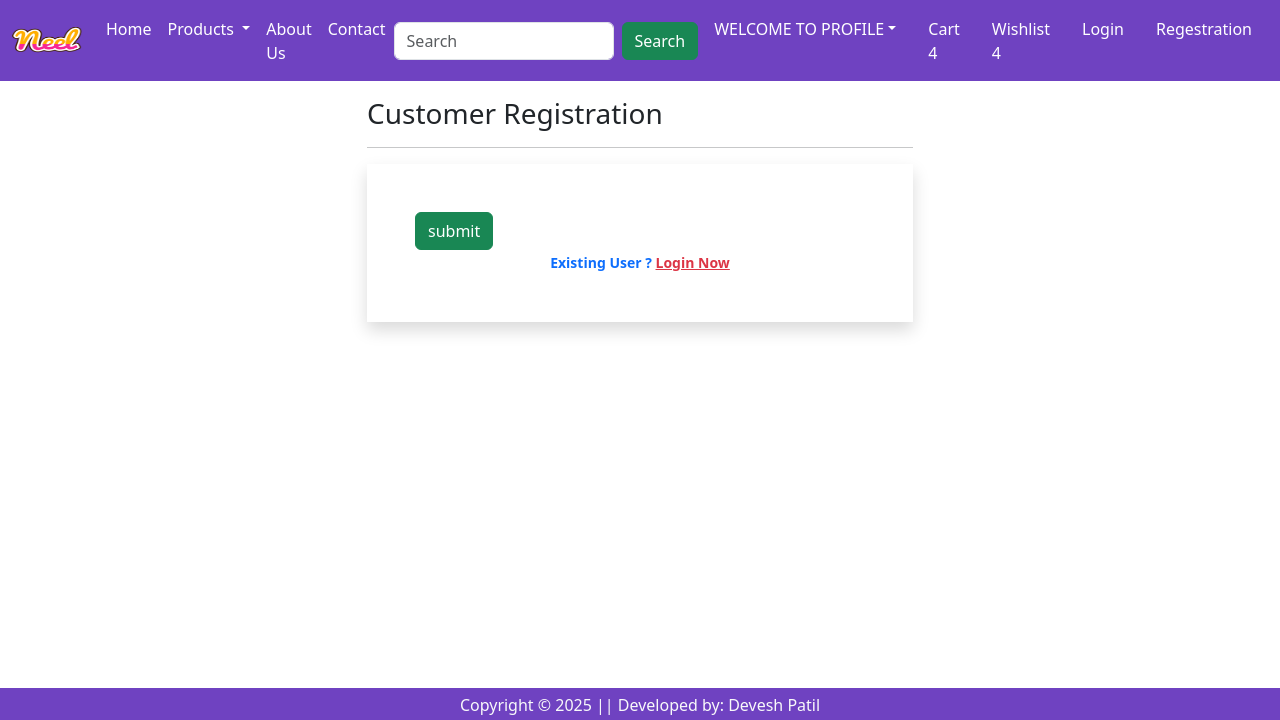
Repository: DeveshPatill/mydjango
Page: ec/app/templates/app/customerregistration.html
The author's editor kept a copy of each file at every save. The page is drawn from the files as they stood at one save, then again after the next save.
The browser window is 1280 px wide. The pictures show the whole page.
The page is served by the project's application, run on Django 5.2 (ec/manage.py). Other server files are loaded and not shown. The template is opened directly, without the code that normally fills it, so the values that code supplies are empty.

Above is the page before, as saved 2025-03-23 23:07:25.

### ec/app/templates/app/customerregistration.html
{% extends 'app/base.html' %}
{% load static %}
{% block title %}Customer Registration{% endblock title %}



{% block main-content %}
<div class="container">
    <div class="row my-3">
        <div class="col-sm-6 offset-sm-3">
            <h3>Customer Registration</h3>
            <hr>
            <form action="" method="post" novalidate class="shadow p-5">{% csrf_token %}
               {% for fm in form %}
               {{fm.label_tag}} {{fm}} <small class="text-danger">{{fm.erros | striptags}}</small>
               <br>
               {% endfor %}
               <input type="submit" value="submit" class="btn btn-success"><br>
               <div class="text-center text-primary fw-bold">
                <small>Existing User ? <a href="#" class="text-danger">Login Now</a></small>

               </div>
            </form>
        </div>
    </div>
</div>

{% endblock main-content %}

### ec/app/templates/app/base.html
<!DOCTYPE html>
{% load static %}
<html lang="en">
<head>
    <meta charset="UTF-8">
    <meta http-equiv="X-UA-Compatible" content="IE=edge">
    <meta name="viewport" content="width=device-width, initial-scale=1.0">

    <link href="https://cdn.jsdelivr.net/npm/bootstrap@5.3.3/dist/css/bootstrap.min.css" rel="stylesheet" integrity="sha384-QWTKZyjpPEjISv5WaRU9OFeRpok6YctnYmDr5pNlyT2bRjXh0JMhjY6hW+ALEwIH" crossorigin="anonymous">

    <link rel="stylesheet" href="{% static 'app/css/owl.carousel.min.css' %}" />
    <link rel="stylesheet" href="{% static 'app/css/all.min.css' %}" />
    <link rel="stylesheet" href="{% static 'app/css/style.css' %}" />

    <title> Dairy Products | {% block title %} {% endblock title %} </title>
</head>
<body>
    <nav class="navbar navbar-expand-lg navbar-dark" style="background-color: #6f42c1;">
        <div class="container-fluid">
          <a class="navbar-brand" href="/">
            <img src="{% static 'app/images/product/Neel.png' %}" width="70px" height="55px" />
          </a>
          <button class="navbar-toggler" type="button" data-bs-toggle="collapse" data-bs-target="#navbarSupportedContent" aria-controls="navbarSupportedContent" aria-expanded="false" aria-label="Toggle navigation">
            <span class="navbar-toggler-icon"></span>
          </button>
          <div class="collapse navbar-collapse" id="navbarSupportedContent">
            <ul class="navbar-nav me-auto mb-2 mb-lg-0">
              <li class="nav-item">
                <a class="nav-link active" aria-current="page" href="/">Home</a>
              </li>
              <li class="nav-item dropdown">
                <a class="nav-link dropdown-toggle text-white" href="#" role="button" data-bs-toggle="dropdown" aria-expanded="false">
                  Products
                </a>
                <ul class="dropdown-menu">
                  <li><a class="dropdown-item" href="{% url 'category' 'ML' %}">Milk</a></li>
                  <li><a class="dropdown-item" href="{% url 'category' 'CR' %}">Curd</a></li>
                  <li><a class="dropdown-item" href="{% url 'category' 'MS' %}">MilkShake</a></li>
                  <li><a class="dropdown-item" href="{% url 'category' 'LS' %}">Lassi</a></li>
                  <li><a class="dropdown-item" href="{% url 'category' 'GH' %}">Ghee</a></li>
                  <li><a class="dropdown-item" href="{% url 'category' 'PN' %}">Paneer</a></li>
                  <li><a class="dropdown-item" href="{% url 'category' 'CZ' %}">Cheese</a></li>
                  <li><a class="dropdown-item" href="{% url 'category' 'IC' %}">Ice-Cream</a></li>

                </ul>
              </li>
              <li class="nav-item">
                <a class="nav-link text-white" href="{% url 'about'  %}">About Us</a>
              </li>
              <li class="nav-item">
                <a class="nav-link text-white" href="{% url 'contact'  %}">Contact</a>
              </li>

            </ul>
            <form class="d-flex" role="search">
              <input class="form-control me-2" type="search" placeholder="Search" aria-label="Search">
              <button class="btn btn-success" type="submit">Search</button>
            </form>
          </div>
          <ul class="navbar-nav me-auto mb-2 mb-lg-0">
            <li class="nav-item dropdown mx-2">
                <a class="nav-link dropdown-toggle text-white" href="#" id="profileDropdown" role="button" data-bs-toggle="dropdown" aria-expanded="false">WELCOME TO PROFILE</a>
                <ul class="dropdown-menu" aria-labelledby="profileDropdown">
                    <li><a class="dropdown-item" href="#">Profile</a></li>
                    <li><a class="dropdown-item" href="#">Orders</a></li>
                    <li><a class="dropdown-item" href="#">Change Password</a></li>
                    <li><a class="dropdown-item" href="#">Logout</a></li>
                </ul>
            </li>
            <li class="nav-item mx-2">
                <a href="#" class="nav-link text-white">Cart 4</a>
            </li>
            <li class="nav-item mx-2">
                <a href="#" class="nav-link text-white">Wishlist 4</a>
            </li>
            <li class="nav-item mx-2">
                <a href="#" class="nav-link text-white">Login</a>
            </li>
            <li class="nav-item mx-2">
                <a href="{% url 'customerregistration' %}" class="nav-link text-white">Regestration</a>
            </li>

          </ul>
        </div>
      </nav>
      {% block banner-slider %}{% endblock banner-slider %}

      {% block information %}{% endblock information %}

      {% block main-content %}{% endblock main-content %}

    <footer class="text-center text-light py-3 fixed-bottom" style="background-color: #6f42c1; height: 5px; line-height: 2px;">
        Copyright © 2025 || Developed by: Devesh Patil
    </footer>






    <script src="https://cdn.jsdelivr.net/npm/@popperjs/core@2.11.8/dist/umd/popper.min.js" integrity="sha384-I7E8VVD/ismYTF4hNIPjVp/Zjvgyol6VFvRkX/vR+Vc4jQkC+hVqc2pM8ODewa9r" crossorigin="anonymous"></script>
    <script src="https://cdn.jsdelivr.net/npm/bootstrap@5.3.3/dist/js/bootstrap.min.js" integrity="sha384-0pUGZvbkm6XF6gxjEnlmuGrJXVbNuzT9qBBavbLwCsOGabYfZo0T0to5eqruptLy" crossorigin="anonymous"></script>

    <script src=https://cdnjs.cloudflare.com/ajax/libs/jquery/3.7.1/jquery.min.js></script>


    <script script="{% static 'app/js/owl.carousel.min.js' %}"></script>
    <script script="{% static 'app/js/all.min.js' %}"></script>
    <script script="{% static 'app/js/myscript.js' %}"></script>

</body>
</html>

### ec/ec/urls.py
"""
URL configuration for ec project.

The `urlpatterns` list routes URLs to views. For more information please see:
    https://docs.djangoproject.com/en/5.1/topics/http/urls/
Examples:
Function views
    1. Add an import:  from my_app import views
    2. Add a URL to urlpatterns:  path('', views.home, name='home')
Class-based views
    1. Add an import:  from other_app.views import Home
    2. Add a URL to urlpatterns:  path('', Home.as_view(), name='home')
Including another URLconf
    1. Import the include() function: from django.urls import include, path
    2. Add a URL to urlpatterns:  path('blog/', include('blog.urls'))
"""

from django.contrib import admin
from django.urls import path,include

urlpatterns = [
    path("admin/", admin.site.urls),
    path("", include("app.urls")),

]

### ec/app/urls.py
from django.urls import path
from .import views
from django.conf import settings
from django.conf.urls.static import static

urlpatterns = [
    path("",views.home),
    path("about/",views.about,name="about"),
    path("contact/",views.contact,name="contact"),
    path("category/<slug:val>",views.CategoryView.as_view(),name="category"),
    path("category-title/<val>",views.CategoryTitle.as_view(),name='category-title'),
    path("product-detail/<int:pk>",views.ProductDetail.as_view(),name="product-detail"),

    #login authentication
    path('registration/',views.CustomerRegistrationView.as_view(),name='customerregistration')
]+static(settings.MEDIA_URL,document_root=settings.MEDIA_ROOT)

### ec/app/static/app/css/style.css
.owl-carousel .item{
 /* border: 1px solid black; */
 font-size: 24px;
 text-align: center;
 margin-top: 20px;
 transition: transform .5s ease;
}

 .owl-carousel .item:hover{
    /* border: 1px solid black; */
    transform : scale(1.1);
}

/* .owl-carousel img{
    transition: transform .5s ease;
  }
 .owl-carousel img:hover{

    transform : scale(1.25);
} */

.owl-next{
 float:right;
}
.owl-prev{
 float:left;
}
.owl-prev span{
 font-size: 24px;
 font-weight: bold;
}
.owl-next span{
 font-size: 24px;
 font-weight: bold;
}




.buttermilk{
    background-color:#fff;background-image:linear-gradient(#fff7ef, #fff);
    background-image:-webkit-linear-gradient(#fff7ef, #fff);
    background-image:-moz-linear-gradient(#fff7ef, #fff);
    background-image:-ms-linear-gradient(#fff7ef, #fff);
    background-image:-o-linear-gradient(#fff7ef, #fff);
    padding:50px 40px;
    border:1px solid #efe8e1;
    padding-bottom:20px;
}

.smbg{
    background-color:#fff;
    background-image:linear-gradient(rgba(110, 69, 143, 0.1), #fff);
    background-image:-webkit-linear-gradient(rgba(110, 69, 143, 0.1), #fff);
    background-image:-moz-linear-gradient(rgba(110, 69, 143, 0.1), #fff);
    background-image:-ms-linear-gradient(rgba(110, 69, 143, 0.1), #fff);
    background-image:-o-linear-gradient(rgba(110, 69, 143, 0.1), #fff);
}

.curdbgpro{
    background-color:#fff;
    background-image:linear-gradient(rgba(10, 77, 123, 0.1), #fff);
    background-image:-webkit-linear-gradient(rgba(10, 77, 123, 0.1), #fff);
    background-image:-moz-linear-gradient(rgba(10, 77, 123, 0.1), #fff);
    background-image:-ms-linear-gradient(rgba(10, 77, 123, 0.1), #fff);
    background-image:-o-linear-gradient(rgba(10, 77, 123, 0.1), #fff);
}

.goodnessseccont img{
    width:100%;
}

.mlkpro{
    color:#636362;
    font-size:22px;
    line-height:22px;
    margin-bottom:15px;
    width:43%;
    margin:0 auto;
    text-align:center;

}

.goodnesssec a{
    text-decoration: none;
}


/*
body {
    padding-bottom: 80px; /* Adjust this value based on footer height
}*/

Loaded but not shown: ec/app/static/app/css/owl.carousel.min.css (library); ec/app/static/app/css/all.min.css (library)

After the next save:
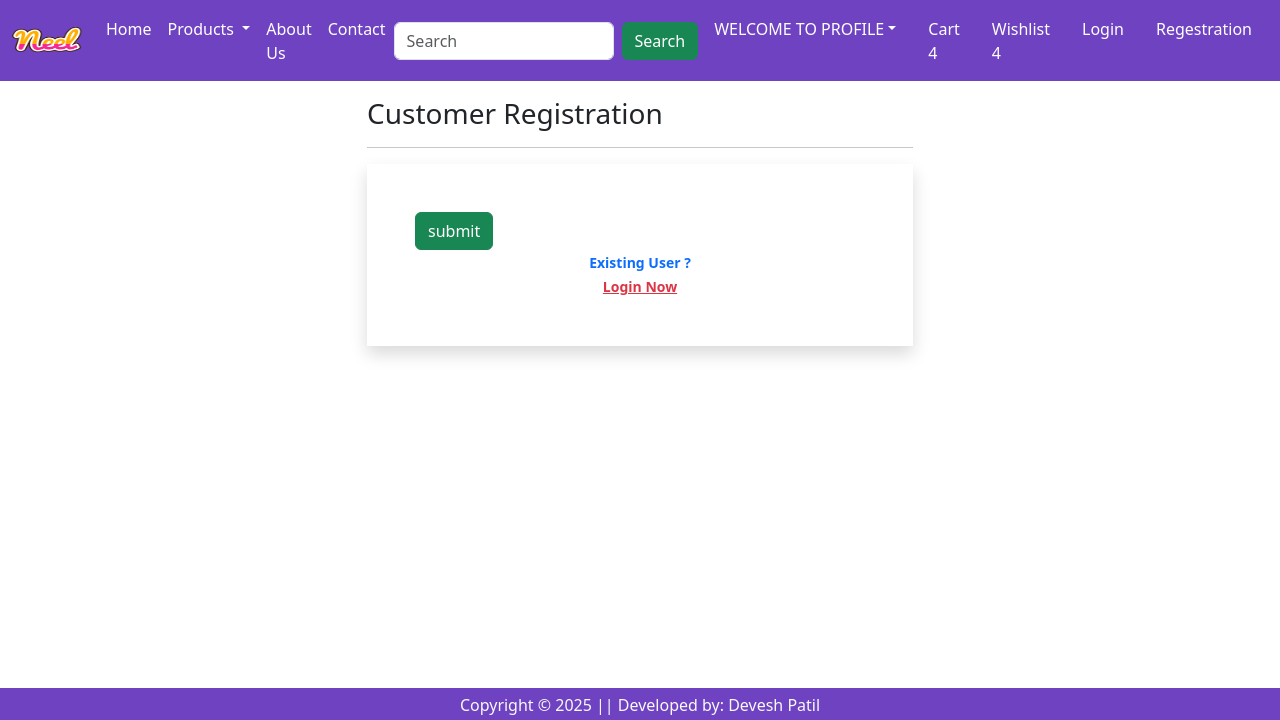
Saved 50 s later.
--- a/ec/app/templates/app/customerregistration.html
+++ b/ec/app/templates/app/customerregistration.html
@@ -17,7 +17,7 @@
                {% endfor %}
                <input type="submit" value="submit" class="btn btn-success"><br>
                <div class="text-center text-primary fw-bold">
-                <small>Existing User ? <a href="#" class="text-danger">Login Now</a></small>
+                <small>Existing User ? <br> <a href="#" class="text-danger">Login Now</a></small>
 
                </div>
             </form>
